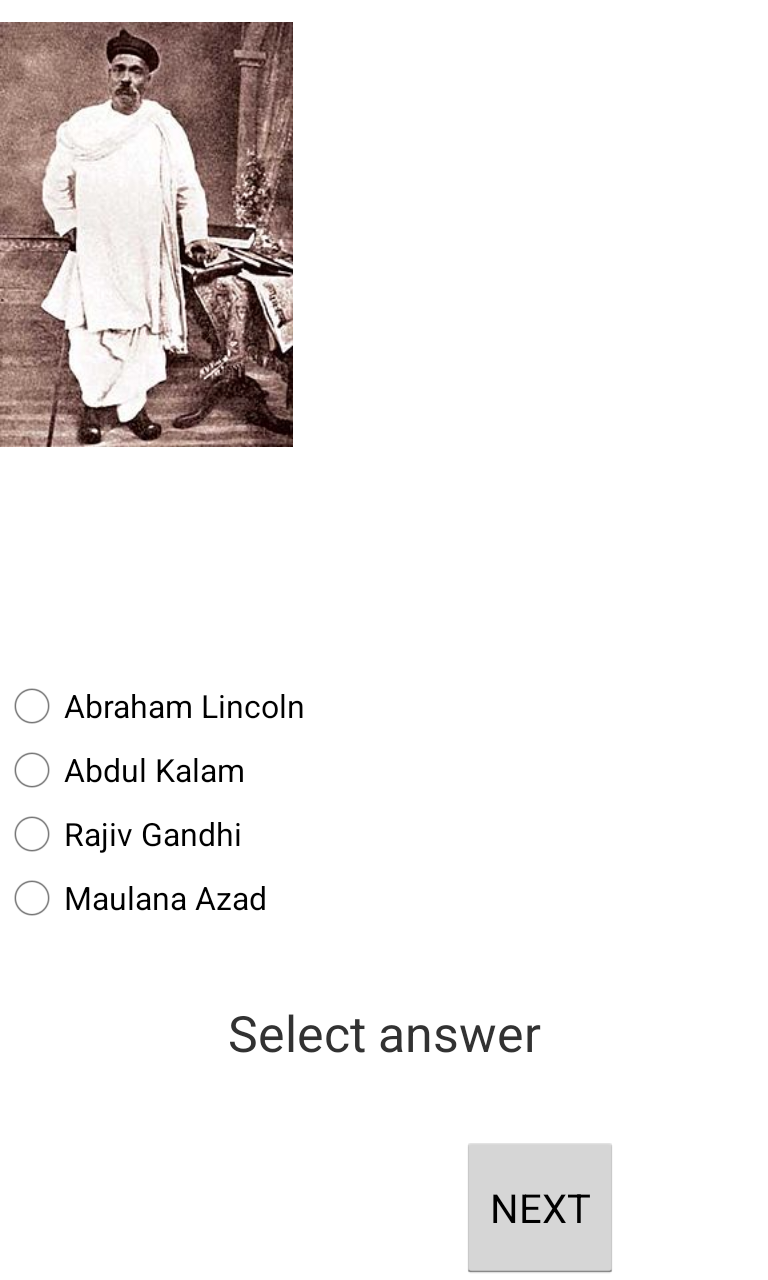
Repository: rupaligarje123/aakash
Layout: androidphotoquiz/FunChem1/photoquiz/res/layout/que8.xml
The author's editor kept a copy of each file at every save. The layout is drawn from the files as they stood at one save, then again after the next save.
It is drawn on a 768 x 1280 px phone screen (xhdpi) without system bars, with theme AppTheme; the app's code is not run.

Above is the layout before, as saved 2013-04-18 09:56:34.

After the next save:
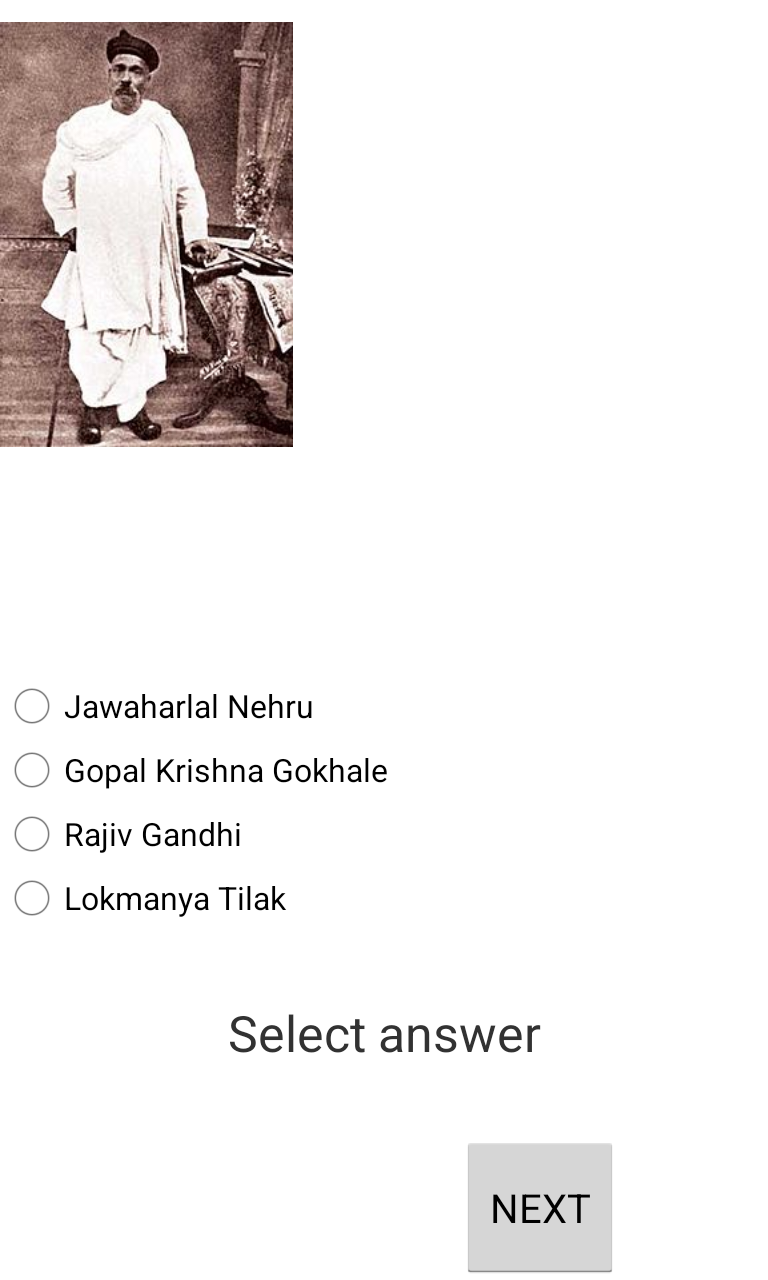
Saved 2 min 3 s later.
--- a/androidphotoquiz/FunChem1/photoquiz/res/layout/que8.xml
+++ b/androidphotoquiz/FunChem1/photoquiz/res/layout/que8.xml
@@ -30,14 +30,14 @@
         android:layout_width="match_parent"
         android:layout_height="0dp"
         android:layout_weight="1"
-        android:text="Abraham Lincoln" />
+        android:text="Jawaharlal Nehru" />
 
     <RadioButton
         android:id="@+id/rd802"
         android:layout_width="match_parent"
         android:layout_height="0dp"
         android:layout_weight="1"
-        android:text="Abdul Kalam" />
+        android:text="Gopal Krishna Gokhale" />
 
     <RadioButton
         android:id="@+id/rd803"
@@ -51,7 +51,7 @@
         android:layout_width="match_parent"
         android:layout_height="0dp"
         android:layout_weight="1"
-        android:text="Maulana Azad" />
+        android:text="Lokmanya Tilak" />
     </RadioGroup>
    <TextView
         android:id="@+id/tvr8"
